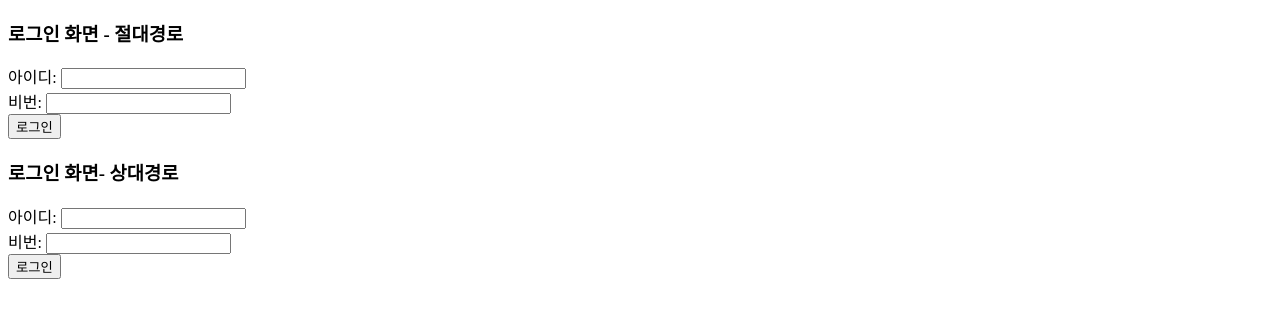
Repository: beom2pm/ds_edu_springFramework
Page: http://localhost/02Day_web3_RequestMethod/login
The author's editor kept a copy of each file at every save. The page is drawn from the files as they stood at one save, then again after the next save.
The browser window is 1280 px wide. The pictures show the whole page.
The page is served by Tomcat 9. Other server files are loaded and not shown.

Above is the page before, as saved 2021-02-03 05:47:00.

### 02Day_web3_RequestMethod/src/main/webapp/WEB-INF/views/loginForm.jsp
<%@ page language="java" contentType="text/html; charset=UTF-8"
	pageEncoding="UTF-8"%>
<!DOCTYPE html>
<html>
<head>
<meta charset="UTF-8">
<title>Insert title here</title>
</head>
<body>
	<h3>로그인 화면 - 절대경로</h3>
	<form action="/app/login" method="get">
		아이디: <input type="text" name="userid"><br> 비번: <input
			type="text" name="passwd"><br> <input type="submit"
			value="로그인">
	</form>
	<h3>로그인 화면- 상대경로</h3>
	<form action="login" method="get">
		아이디: <input type="text" name="userid"><br> 비번: <input
			type="text" name="passwd"><br> <input type="submit"
			value="로그인">
	</form>
</body>
</html>

After the next save:
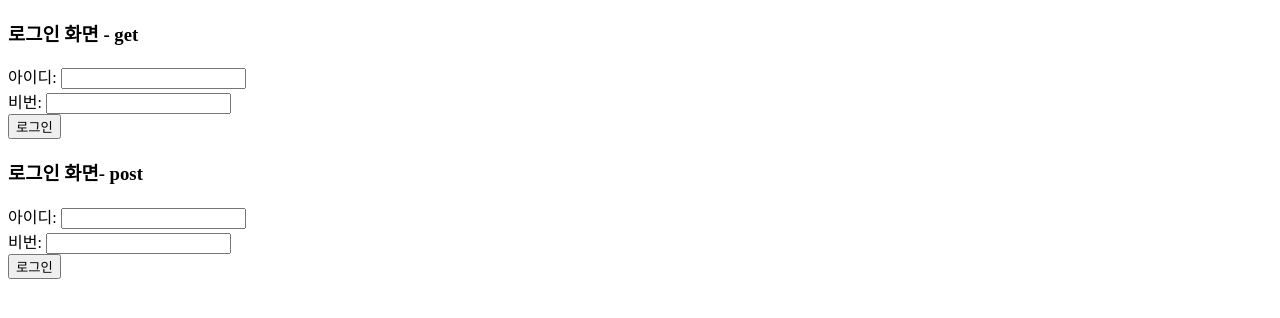
Saved 3 min 45 s later.
--- a/02Day_web3_RequestMethod/src/main/webapp/WEB-INF/views/loginForm.jsp
+++ b/02Day_web3_RequestMethod/src/main/webapp/WEB-INF/views/loginForm.jsp
@@ -7,13 +7,13 @@
 <title>Insert title here</title>
 </head>
 <body>
-	<h3>로그인 화면 - 절대경로</h3>
+	<h3>로그인 화면 - get</h3>
 	<form action="/app/login" method="get">
 		아이디: <input type="text" name="userid"><br> 비번: <input
 			type="text" name="passwd"><br> <input type="submit"
 			value="로그인">
 	</form>
-	<h3>로그인 화면- 상대경로</h3>
+	<h3>로그인 화면- post</h3>
 	<form action="login" method="get">
 		아이디: <input type="text" name="userid"><br> 비번: <input
 			type="text" name="passwd"><br> <input type="submit"
